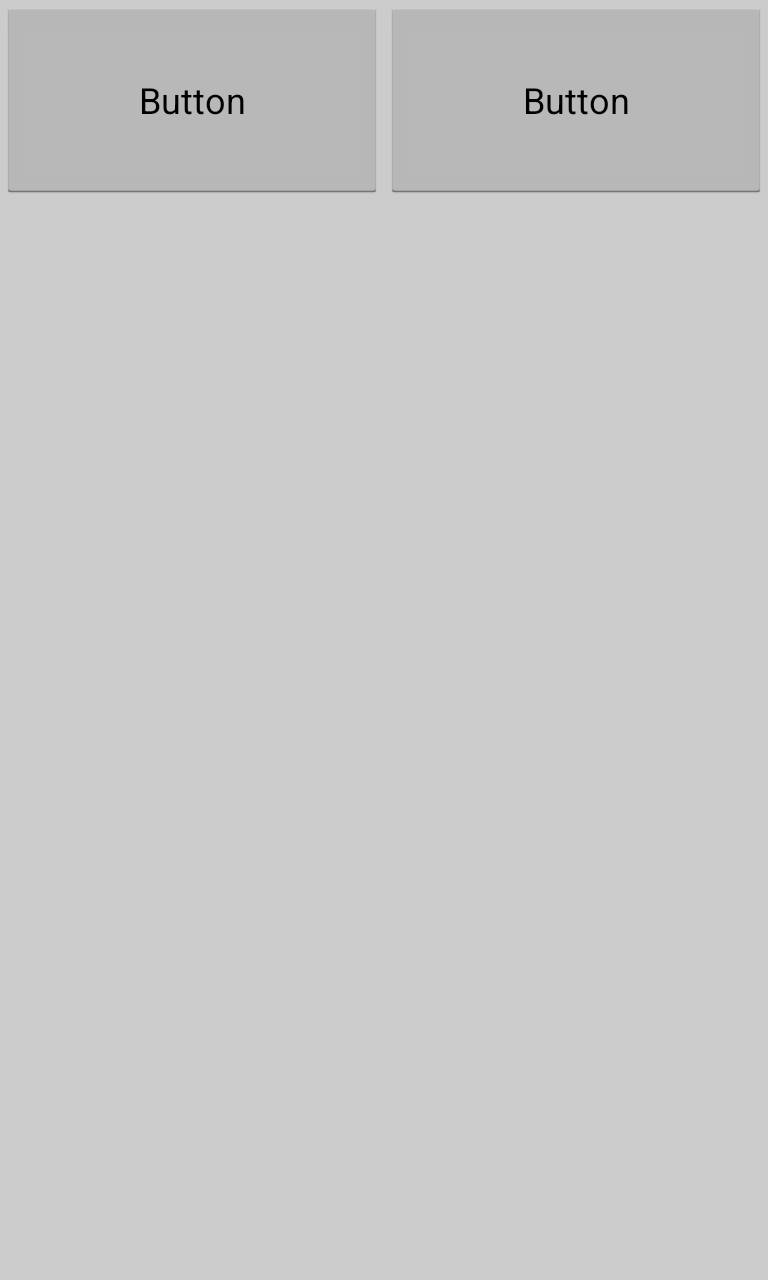
Repository: ChenLongAHXC/AndroidPractice
Layout: Mp3/res/layout/activity_main.xml
An editor plug-in stored every save of this project. The layout is shown before and after the next save, followed by the edit.
It is drawn on a 768 x 1280 px phone screen (xhdpi) without system bars, with theme AppTheme; the app's code is not run.

Above is the layout before, as saved 2014-03-25 03:11:54.

After the next save:
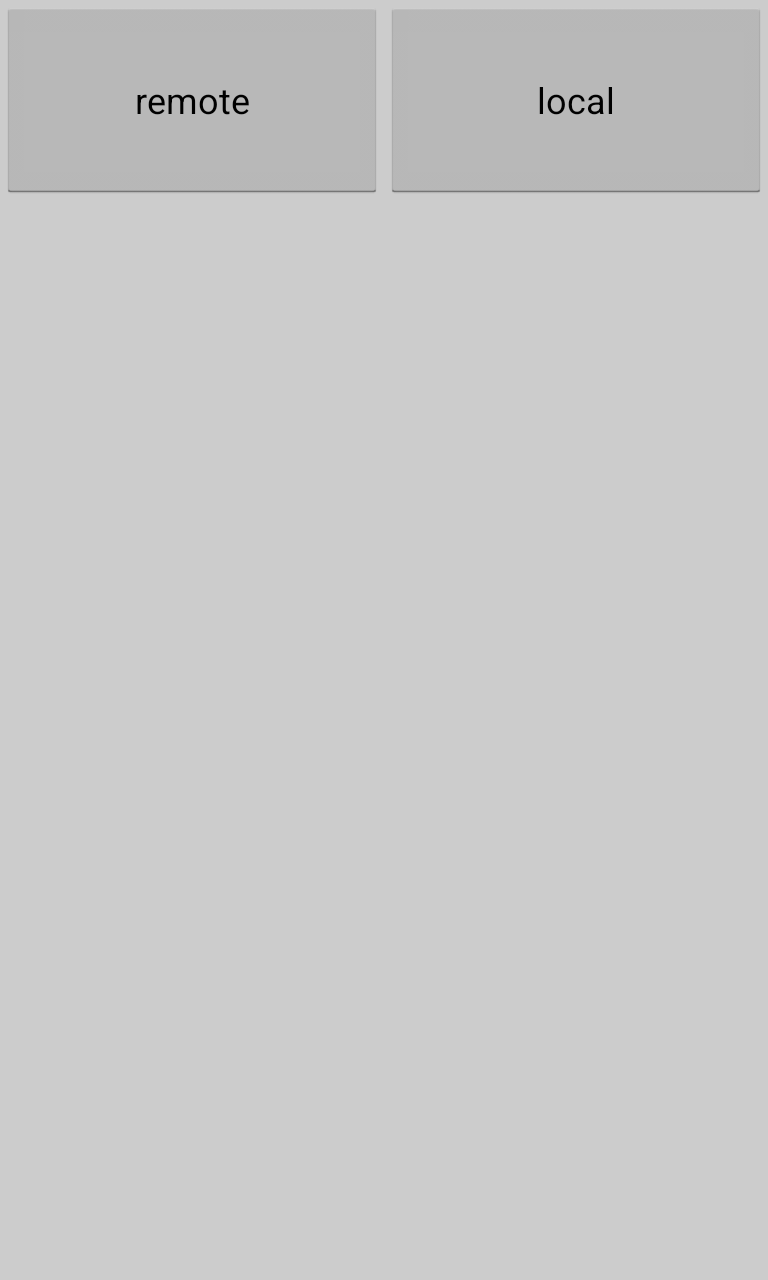
Saved 52 min 22 s later.
--- a/Mp3/res/layout/activity_main.xml
+++ b/Mp3/res/layout/activity_main.xml
@@ -15,14 +15,14 @@
             android:layout_weight="1"
             android:layout_width="0dp"
             android:layout_height="fill_parent"
-            android:text="Button" />
+            android:text="remote" />
 
         <Button
             android:id="@+id/local"
             android:layout_weight="1"
             android:layout_width="0dp"
             android:layout_height="fill_parent"
-            android:text="Button" />
+            android:text="local" />
 
     </LinearLayout>
 
